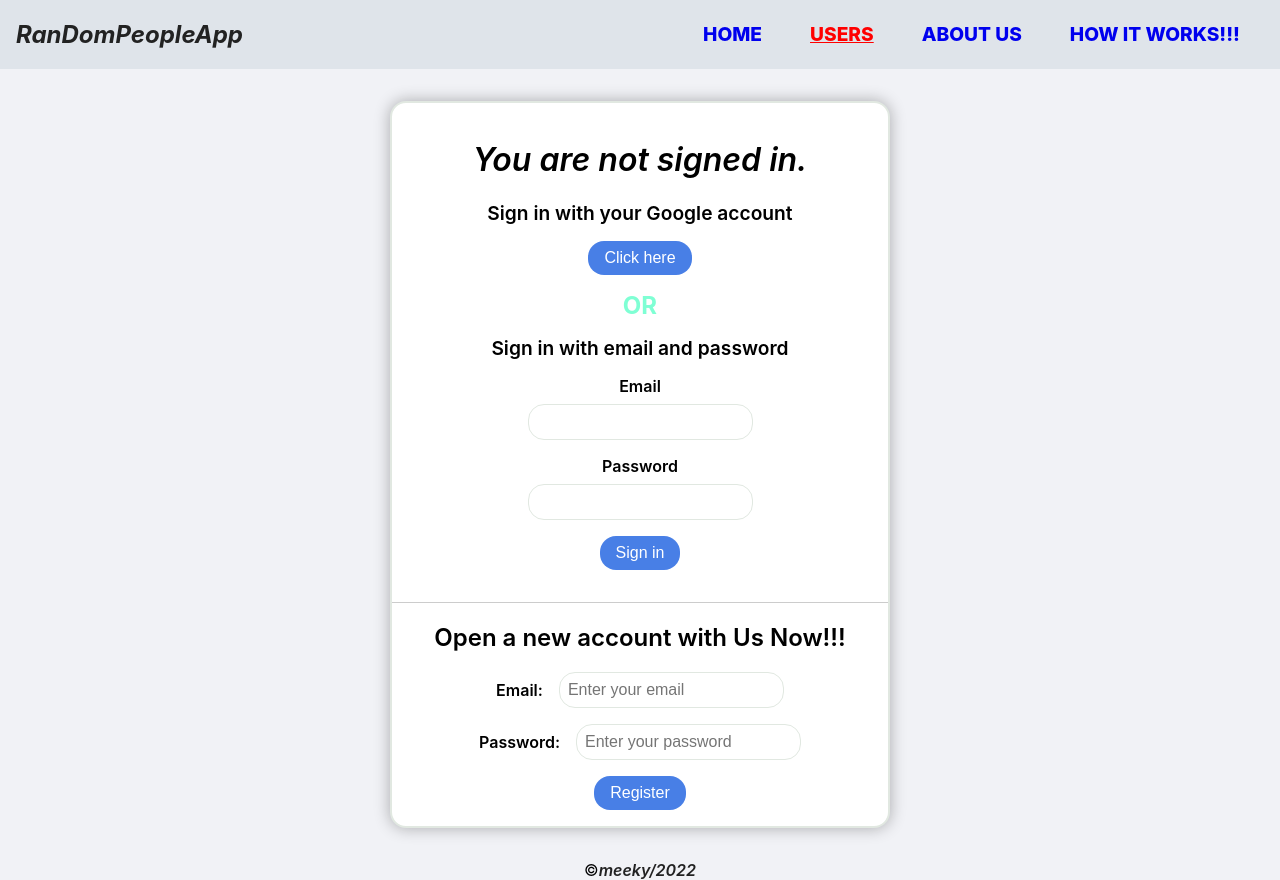
Repository: MikkyPrestige/RandomProfiles
Page: /profile
The author's editor kept a copy of each file at every save. The page is drawn from the files as they stood at one save, then again after the next save.
The browser window is 1280 px wide. The pictures show the whole page.
The page's requests for data from a server got no answer. The project was rebuilt for these pictures with package versions that can differ from the ones it lists, and the page was loaded fresh each time. Some packages were replaced by stand-ins written for this rebuild. No one was signed in, and anything a server would have sent is missing. Also part of the build but not shown: src/assets/styles/home.css, src/components/home.jsx, src/components/users.jsx, src/assets/styles/search.css, src/components/search.jsx, src/assets/styles/help.css, src/components/help.jsx, src/assets/styles/about.css and 6 more.

Above is the page before, as saved 2022-12-03 04:34:21.

### public/index.html
<!DOCTYPE html>
<html lang="en">

<head>
  <meta charset="utf-8" />
  <link rel="icon" href="%PUBLIC_URL%/favicon.ico" />
  <meta name="viewport" content="width=device-width, initial-scale=1" />
  <meta name="theme-color" content="#000000" />
  <meta name="description" content="Web site created using create-react-app" />
  <link rel="apple-touch-icon" href="%PUBLIC_URL%/logo192.png" />
  <!--
      manifest.json provides metadata used when your web app is installed on a
      user's mobile device or desktop. See https://developers.google.com/web/fundamentals/web-app-manifest/
    -->
  <link rel="manifest" href="%PUBLIC_URL%/manifest.json" />
  <!--
      Notice the use of %PUBLIC_URL% in the tags above.
      It will be replaced with the URL of the `public` folder during the build.
      Only files inside the `public` folder can be referenced from the HTML.

      Unlike "/favicon.ico" or "favicon.ico", "%PUBLIC_URL%/favicon.ico" will
      work correctly both with client-side routing and a non-root public URL.
      Learn how to configure a non-root public URL by running `npm run build`.
    -->
  <title>AltSchool Assignment 2</title>
</head>

<body>
  <noscript>You need to enable JavaScript to run this app.</noscript>
  <div id="root"></div>
  <!--
      This HTML file is a template.
      If you open it directly in the browser, you will see an empty page.

      You can add webfonts, meta tags, or analytics to this file.
      The build step will place the bundled scripts into the <body> tag.

      To begin the development, run `npm start` or `yarn start`.
      To create a production bundle, use `npm run build` or `yarn build`.
    -->
</body>

</html>

### src/index.css
body {
  margin: 0;
  font-family: -apple-system, BlinkMacSystemFont, 'Segoe UI', 'Roboto', 'Oxygen',
    'Ubuntu', 'Cantarell', 'Fira Sans', 'Droid Sans', 'Helvetica Neue',
    sans-serif;
  -webkit-font-smoothing: antialiased;
  -moz-osx-font-smoothing: grayscale;
  background-color: #f1f2f6;
}

code {
  font-family: source-code-pro, Menlo, Monaco, Consolas, 'Courier New',
    monospace;
}

### src/App.jsx
import * as React from "react";
import { ErrorBoundary } from "react-error-boundary";
import { Route, Routes } from "react-router-dom";
import {
  Layout,
  Home,
  Users,
  Search,
  Help,
  About,
  Error,
  ErrorFallBack,
  Profile,
  ProfileDisplay,
  Register,
  Footer,
} from "./components";

const App = () => {
  return (
    <div className="App">
      <main>
        <ErrorBoundary FallbackComponent={ErrorFallBack}>
          <Layout />
          <Routes>
            <Route path="/" element={<Home />} />
            <Route path="users">
              <Route index element={<Users />} />
              <Route path=":id" element={<Search />} />
            </Route>
            <Route path="profile" element={<Profile />} />
            <Route path="profileDisplay" element={<ProfileDisplay />} />
            <Route path="register" element={<Register />} />
            <Route path="help" element={<Help />} />
            <Route path="about" element={<About />} />
            <Route path="*" element={<Error />} />
          </Routes>
        </ErrorBoundary>
        <Footer />
      </main>
    </div>
  );
};

export default App;

### src/components/index.js
export { default as Layout } from "./layout";
export { default as Home } from "./home";
export { default as Users } from "./users";
export { default as Search } from "./search";
export { default as Help } from "./help";
export { default as About } from "./about";
export { default as Error } from "./error";
export { default as ErrorFallBack } from "./errorFallback";
export { default as Profile } from "./profile";
export { default as ProfileDisplay } from "./profileDisplay";
export { default as Register } from "./register";
export { Footer } from "./avatar";

### src/components/layout.jsx
// LAYOUT COMPONENT - This component is for the App Layout that displays the Navigation bar in the app UI to the user when app is open

import { NavLink } from "react-router-dom";
import "../assets/styles/layout.css";

const CustomNavLink = ({ to, ...props }) => {
  let activeStyle = {
    textDecoration: 'underline',
    color: 'red',
  };

  return (
    <NavLink
      style={({ isActive }) =>
        isActive ? activeStyle : { textDecoration: 'none' }
      }
      to={to}
      end
      {...props}
    />
  );
};


const Layout = () => {

  return (
    <nav className="layout">
      <div className="app-header">
        <h1>RanDomPeopleApp</h1>
      </div>
      <div className="nav__items">
        <CustomNavLink to="/" className="nav__item">Home</CustomNavLink>
        <CustomNavLink to="profile" className="nav__item">Users</CustomNavLink>
        <CustomNavLink to="about" className="nav__item">About us</CustomNavLink>
        <CustomNavLink to="help" className="nav__item">How it works!!!</CustomNavLink>
      </div>
    </nav>
  );
}

export default Layout;

### src/components/profile.jsx
import {
  signInWithRedirect,
  auth,
  provider,
  getRedirectResult,
  onAuthStateChanged,
  createUserWithEmailAndPassword,
  signInWithEmailAndPassword,
  sendPasswordResetEmail,
  // updatePassword,
  signOut,
  deleteUser,
} from "../config";
import { useEffect, useState } from "react";
import { useNavigate } from "react-router-dom";
import { Avatar } from "./avatar";
import "../assets/styles/profile.css";

const Profile = () => {
  const [user, setUser] = useState(null);
  const [signedIn, setSignedIn] = useState(false);
  // sign in form state
  const [email, setEmail] = useState("");
  const [password, setPassword] = useState("");
  const [error, setError] = useState(null);
  // Register form state
  const [registerEmail, setRegisterEmail] = useState("");
  const [registerPassword, setRegisterPassword] = useState("");
  const [registerError, setRegisterError] = useState(null);

  const navigate = useNavigate();

  // // handle register form
  const handleRegister = (e) => {
    e.preventDefault();
    createUserWithEmailAndPassword(auth, registerEmail, registerPassword)
      .then(() => {
        // Signed in
        console.log("User account created & signed in!");
      })
      .catch((registerError) => {
        if (registerError.code === "auth/email-already-in-use") {
          setRegisterError("This email address is already in use!");
        }
        if (registerError.code === "auth/invalid-email") {
          setRegisterError("This email address is invalid!");
        }
        if (registerError.code === "auth/weak-password") {
          setRegisterError("Password should be at least 6 characters");
        }
        console.error(registerError);
      });
  };

  // // sign in with email and password
  const handleSignIn = (e) => {
    e.preventDefault();
    signInWithEmailAndPassword(auth, email, password)
      .then(() => {
        console.log("User signed in!");
      })
      .catch((error) => {
        if (error.code === "auth/wrong-password") {
          setError("Wrong password!");
        }
        if (error.code === "auth/user-not-found") {
          setError("User not found!");
        }
        console.error(error);
      });
  };

  // handle sign In
  const signIn = (e) => {
    e.preventDefault();
    signInWithRedirect(auth, provider);
  };

  // // handle sign out
  const handleSignOut = (e) => {
    e.preventDefault();
    signOut(auth)
      .then(() => {
        console.log("User signed out!");
      })
      .catch((error) => {
        console.error(error);
      });
  };

   // Send a password reset email
   const handlePasswordReset = (e) => {
    e.preventDefault();
    sendPasswordResetEmail(auth, email)
      .then(() => {
        // console.log("Password reset email sent!");
        alert("Password reset email sent!");
      })
      .catch((error) => {
        const errorCode = error.code;
        const errorMessage = error.message;
        console.error(errorMessage);
        alert(errorCode);
      });
  };

  // update password
  // const handleUpdatePassword = (e) => {
  //   e.preventDefault();
  //   const user = auth.currentUser;
  //   const newPassword = getASecureRandomPassword();
  //   updatePassword(user, newPassword)
  //     .then(() => {
  //       console.log("Password updated!");
  //     })
  //     .catch((error) => {
  //       console.error(error);
  //     });
  // };

 // handle delete user
  const handleDelete = (e) => {
    e.preventDefault();
    deleteUser(auth.currentUser)
      .then(() => {
        console.log("User deleted!");
      })
      .catch((error) => {
        console.error(error);
      });
  };

  // Get redirect result
  useEffect(() => {
    getRedirectResult(auth)
      .then((result) => {
        if (result) {
          setSignedIn(true);
          navigate("/users");
        } else {
          // console.log("No user");
        }
      })
      .catch((error) => {
        console.log(error);
      });
  }, [navigate]);

  // Check auth state
  useEffect(() => {
    onAuthStateChanged(auth, (user) => {
      if (user) {
        navigate("/users");
      } else {
        setUser(null);
      }
    });
  }, [navigate]);

  return (
    <div className="profile">
      <div className="profile__container">
        <div className="profile__desc">
          {user ? (
            <div className="profile__user">
              <h1 className="profile__title">Welcome, you are signed in.</h1>
              <Avatar
                image={user.photoURL}
                alt="user"
                style={{ width: "10rem", height: "10rem", borderRadius: "50%" }}
              />
              <p className="profile__detail">
                <strong>Signed in account name: </strong>
                {user.displayName}
              </p>
              <p className="profile__detail">
                <strong>Signed in email: </strong>
                {user.email}
              </p>
              <div className="btn__wrapper">
                <button onClick={handleSignOut} className="btn">
                  Sign Out
                </button>
                {/* update password */}
                {/* <form onSubmit={handleUpdatePassword}>
                  <input
                    type="password"
                    name="password"
                    value={password}
                    onChange={handleChange}
                    placeholder="Update password"
                    className="input"
                  />
                  <button type="submit" className="btn">
                    Update Password
                  </button>
                </form> */}
                {/* send password reset email */}
                {/* <form onSubmit={handlePasswordReset}>
                  <input
                    type="email"
                    name="email"
                    value={email}
                    onChange={handleChange}
                    placeholder="Email"
                    className="input"
                  />
                  <button type="submit" onClick={handlePasswordReset} className="btn">
                    Send Password Reset Email
                  </button>
                </form> */}
                {/* delete user */}
                <button onClick={handleDelete} className="btn">
                  Delete Account
                </button>
              </div>
            </div>
          ) : (
            <div className="profile__user">
              <div className="sign__wrapper">
                <h1 className="profile__title">You are not signed in.</h1>
                <h2 className="sign__heading">
                  Sign in with your Google account
                </h2>
                <button onClick={signIn} className="sign__btn">
                  Click here
                </button>
                <p className="or">OR</p>
                <h2 className="sign__heading">
                  Sign in with email and password
                </h2>
                <form onSubmit={handleSignIn} className="sign__form">
                  <label htmlFor="email" className="sign__label">
                    Email
                  </label>
                  <input
                    type="email"
                    name="email"
                    id="email"
                    value={email}
                    onChange={(e) => setEmail(e.target.value)}
                    className="sign__input"
                  />
                  <label htmlFor="password" className="sign__label">
                    Password
                  </label>
                  <input
                    type="password"
                    name="password"
                    id="password"
                    value={password}
                    onChange={(e) => setPassword(e.target.value)}
                    className="sign__input"
                  />
                  {error && <p className="error">{error}</p>}
                  <button type="submit" className="sign__btn">
                    Sign in
                  </button>
                </form>
              </div>
              <div className="register__container">
                <h2 className="register__title">
                  Open a new account with Us Now!!!
                </h2>
                <form onSubmit={handleRegister} className="register__form">
                  <div className="register__group">
                    <label htmlFor="email" className="register__label">
                      Email:
                    </label>
                    <input
                      type="email"
                      name="email"
                      value={registerEmail}
                      placeholder="Enter your email"
                      onChange={(e) => setRegisterEmail(e.target.value)}
                      className="register__input"
                    />
                  </div>
                  <div className="register__group">
                    <label htmlFor="password" className="register__label">
                      Password:
                    </label>
                    <input
                      type="password"
                      name="password"
                      placeholder="Enter your password"
                      value={registerPassword}
                      onChange={(e) => setRegisterPassword(e.target.value)}
                      className="register__input"
                    />
                  </div>
                  { registerError && <p className="error">{registerError}</p> }
                  <button type="submit" className="sign__btn">
                    Register
                  </button>
                </form>
              </div>
            </div>
          )}
        </div>
      </div>
    </div>
  );
};

export default Profile;

### src/components/avatar.jsx
// AVATAR COMPONENT - This component is for the Images used in the app.

import "../assets/styles/layout.css";

export const Avatar = ({ image = "", alt = "", style = {} }) => {
  return (
    <div className="avatar">
      <img src={image} alt={alt} style={style} />
    </div>
  );
};

// FOOTER COMPONENT - for the attribution

export const Footer = () => {
  return (
    <div className="attribution">
      <footer>
        &copy;
        <a
          href="https://github.com/MeekyBerry"
          target="_blank"
          rel="noreferrer"
          className="footer"
        >
          meeky/2022
        </a>
      </footer>
    </div>
  );
};

### src/assets/styles/layout.css
.layout {
  background-color: #dfe4ea;
  padding: 0rem 1rem;
  color: #222;
  display: flex;
  align-items: center;
  justify-content: space-between;
}

.app-header {
  font-style: italic;
}

.nav__items {
  display: flex;
  align-items: center;
  list-style: none;
  flex-wrap: wrap;
}

.nav__item {
  font-size: 1.2rem;
  font-weight: 800;
  padding: 1rem 1.5rem;
  text-transform: uppercase;
}

.attribution {
  text-align: center;
}

.footer {
  color: #222;
  text-decoration: none;
  cursor: pointer;
  font-style: italic;
  font-weight: 600;
}

### src/assets/styles/users.css
.users {
  background-color: #fff;
  border: 1px solid #ccc;
  border-radius: 0.5rem;
  padding: 1rem;
  margin: 1rem;
}

.users__heading {
  text-align: center;
  text-transform: uppercase;
  font-size: 1.5rem;
  font-weight: bold;
  margin-bottom: 1rem;
}

/* TOP BUTTON  */
.top__btn {
  display: flex;
  justify-content: space-between;
  align-items: center;
  margin-bottom: 1rem;
}

.cta {
  background-color: #fff;
  border: 1px solid #ccc;
  border-radius: 1rem;
  padding: 0.5rem;
  margin: 1rem;
  font-size: 1rem;
  font-weight: bold;
  cursor: pointer;
}

.page__num {
  background-color: #7fffd4;
  color: #fff;
  border: none;
  border-radius: 50%;
  padding: 0.5rem;
  font-size: 1.5rem;
  font-weight: bold;
  cursor: pointer;
}

.users__list {
  list-style: none;
  padding: 2rem;
  margin: 1rem auto;
  width: 85%;
  display: grid;
  grid-template-columns: repeat(3, minmax(200px, 1fr));
  grid-gap: 3rem;
}

.user__items {
  padding: 1rem;
  border-bottom: 1px solid #ccc;
}

.user__item {
  background-color: #fff;
  border: 1px solid #ccc;
  border-radius: 0.5rem;
  padding: 1rem;
}

.user__img {
  width: 80%;
  border-radius: 10%;
  margin-left: 1rem;
}

/* BUTTON BELOW */
.bottom__btn {
  display: flex;
  justify-content: center;
  align-items: center;
}

.btn {
  background-color: #1e90ff;
  color: #f1f2f6;
  border: none;
  border-radius: 1rem;
  padding: 0.5rem 1rem;
  margin: 1rem;
  font-size: 1rem;
  font-weight: bold;
  cursor: pointer;
}

.active:hover {
  background-color: #ced6e0;
  color: #1e90ff;
}

.active:active {
  background-color: #70a1ff;
  color: #ced6e0;
}

.btn__array {
  padding: 0.5rem;
  margin: 0.5rem;
  font-size: 1rem;
  font-weight: bold;
  border-radius: 0.5rem;
  border: none;
  cursor: pointer;
}

.pagination {
  text-align: center;
}

.search__box {
  display: flex;
  justify-content: center;
  align-items: center;
}

.search__link {
  background-color: #fff;
  border: 1px solid #ccc;
  color: #1e90ff;
  border-radius: 1rem;
  width: 18rem;
  padding: 0.5rem;
  margin: 1rem;
  font-size: 1rem;
  font-weight: bold;
  cursor: pointer;
  text-align: center;
  text-decoration: none;
  animation: search 1s ease-in-out infinite;
}

.search__link:hover {
  background-color: #1e90ff;
  color: #fff;
  animation: none;
}

.search__link:active {
  background-color: #70a1ff;
  color: #fff;
  animation: none;
}

@keyframes search {
  0% {
    transform: scale(1);
  }

  50% {
    transform: scale(1.2);
  }

  100% {
    transform: scale(1);
  }
}

### src/config/index.js
// Import the functions you need from the SDKs you need
import { initializeApp } from "firebase/app";
import {
  getAuth,
  signInWithRedirect,
  GoogleAuthProvider,
  getRedirectResult,
  onAuthStateChanged,
  createUserWithEmailAndPassword,
  signInWithEmailAndPassword,
  sendPasswordResetEmail,
  updatePassword,
  signOut,
  deleteUser,
} from "firebase/auth";

// web app's Firebase configuration
const firebaseConfig = {
  apiKey: "AIzaSyCfrfw6chi091bWLqJvanxAUTxgJ5XqEu0",
  authDomain: "random-people-app.firebaseapp.com",
  projectId: "random-people-app",
  storageBucket: "random-people-app.appspot.com",
  messagingSenderId: "1097586453252",
  appId: "1:1097586453252:web:4575afe7663a752ae77e51",
};

// Initialize Firebase
const app = initializeApp(firebaseConfig);
// Setup Google auth provider
const provider = new GoogleAuthProvider();

const auth = getAuth();

export {
  app,
  provider,
  auth,
  signInWithRedirect,
  getRedirectResult,
  onAuthStateChanged,
  createUserWithEmailAndPassword,
  signInWithEmailAndPassword,
  sendPasswordResetEmail,
  updatePassword,
  signOut,
  deleteUser,
};

### src/assets/styles/profile.css
.profile {
  padding: 2rem;
  height: 100%;
}

.or {
  font-size: 1.5rem;
  color: #7fffd4;
  font-weight: bold;
  margin: 1rem 0;
}

.profile__container {
  display: flex;
  flex-direction: column;
  align-items: center;
  justify-content: center;
}

.profile__desc {
  text-align: center;
  max-width: 500px;
  width: 100%;
}

.profile__user {
  background-color: #fff;
  border: 2px solid #e1e8e1;
  border-radius: 1rem;
  box-shadow: 0 0 1rem rgba(0, 0, 0, 0.3);
  padding: 1rem 0;
}

.profile__title {
  font-size: 2rem;
  font-weight: 600;
  font-style: oblique;
}

.profile__detail {
  font-size: 1.2rem;
  font-weight: 400;
}

.btn__wrapper {
  display: flex;
  justify-content: center;
  align-items: center;
  gap: 5rem;
  margin-top: 2rem;
}

.btn {
  background-color: #e1e8e1;
  color: red;
  border: none;
  border-radius: 1rem;
  padding: .5rem;
  font-size: 1rem;
  cursor: pointer;
}

.btn:hover {
  background-color: #d1d8d1;
  color: #0651ddbb;
}

.btn:active {
  background-color: #c1c8c1;
  color: #0651ddbb;
}

.sign__btn {
  background-color: #0651ddbb;
  color: #fff;
  border: none;
  border-radius: 1rem;
  padding: .5rem 1rem;
  font-size: 1rem;
  cursor: pointer;
}

.sign__btn:hover {
  background-color: #0651dd;
  color: #fff;
}

.sign__btn:active {
  background-color: #0651dd;
  color: #fff;
}

.sign__heading {
  font-size: 1.2rem;
  font-weight: 600;
  text-align: center;
  margin-bottom: 1rem;
}

.sign__form {
  display: flex;
  flex-direction: column;
  justify-content: center;
  align-items: center;
}

.sign__label {
  font-size: 1rem;
  font-weight: 600;
  margin-bottom: .5rem;
}

.sign__input {
  border: 1px solid #e1e8e1;
  border-radius: 1rem;
  padding: .5rem;
  font-size: 1rem;
  margin-bottom: 1rem;
}

.sign__input:focus {
  outline: none;
}

.register__container {
  margin-top: 2rem;
  border-top: 1px solid #ccc;
}

.register__title {
  font-size: 1.5rem;
  font-weight: 600;
}

.register__group {
  display: flex;
  justify-content: center;
  align-items: center;
  gap: 1rem;
  margin: 1rem;
}

.register__label {
  font-size: 1rem;
  font-weight: 600;
}

.register__input {
  border: 1px solid #e1e8e1;
  border-radius: 1rem;
  padding: .5rem;
  font-size: 1rem;
}

.register__input:focus {
  outline: none;
}

.error {
  color: red;
  font-size: 1rem;
  font-weight: 600;
  margin-top: -.8rem;
}

Loaded but not shown: src/index.js (common file)

After the next save:
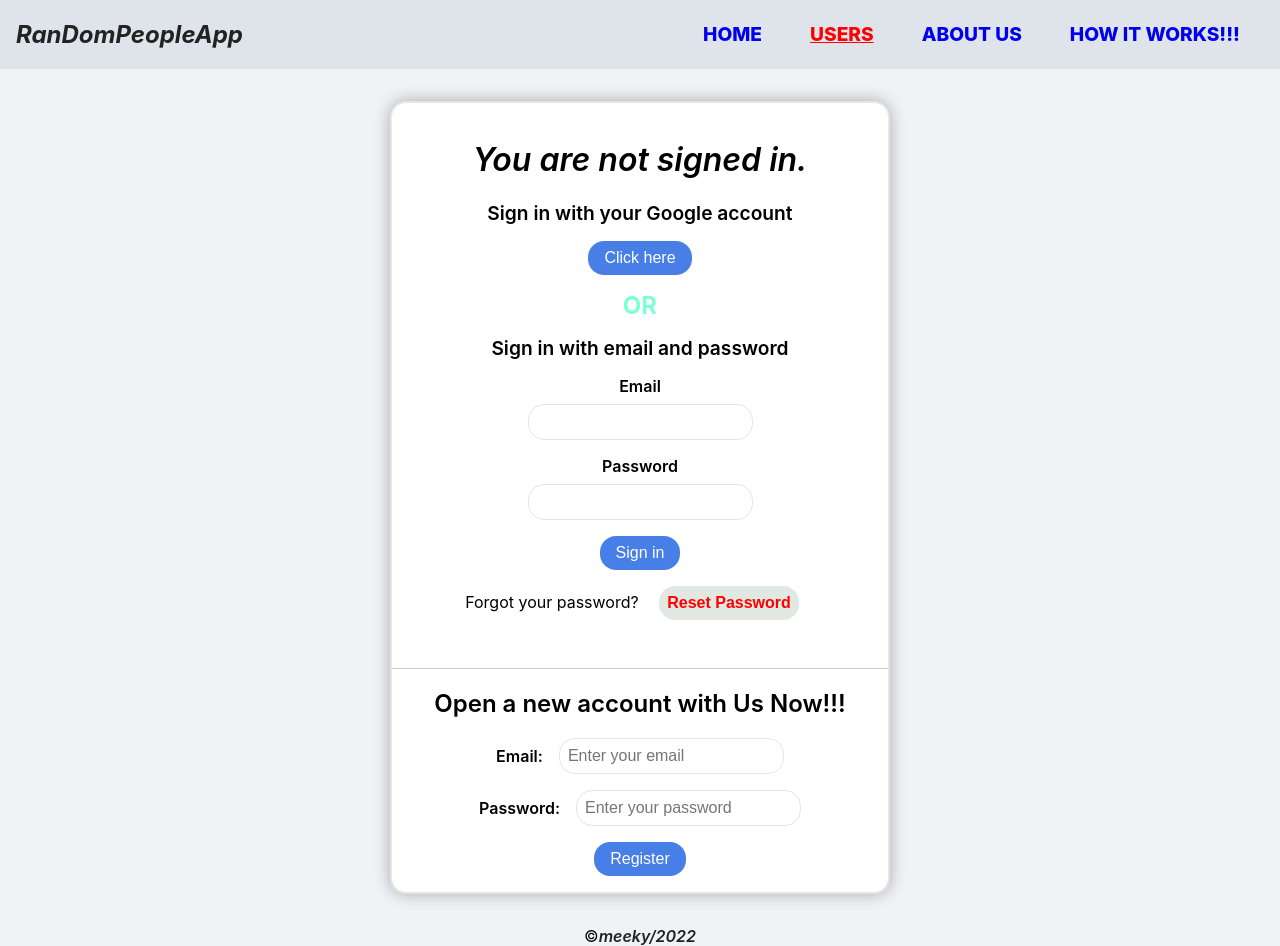
Saved 50 s later.
--- a/src/components/profile.jsx
+++ b/src/components/profile.jsx
@@ -257,6 +257,12 @@ const Profile = () => {
                     Sign in
                   </button>
                 </form>
+                <div>
+                  <span>Forgot your password? </span>
+                  <button onClick={handlePasswordReset} className="btn">
+                    Reset Password
+                  </button>
+                </div>
               </div>
               <div className="register__container">
                 <h2 className="register__title">
